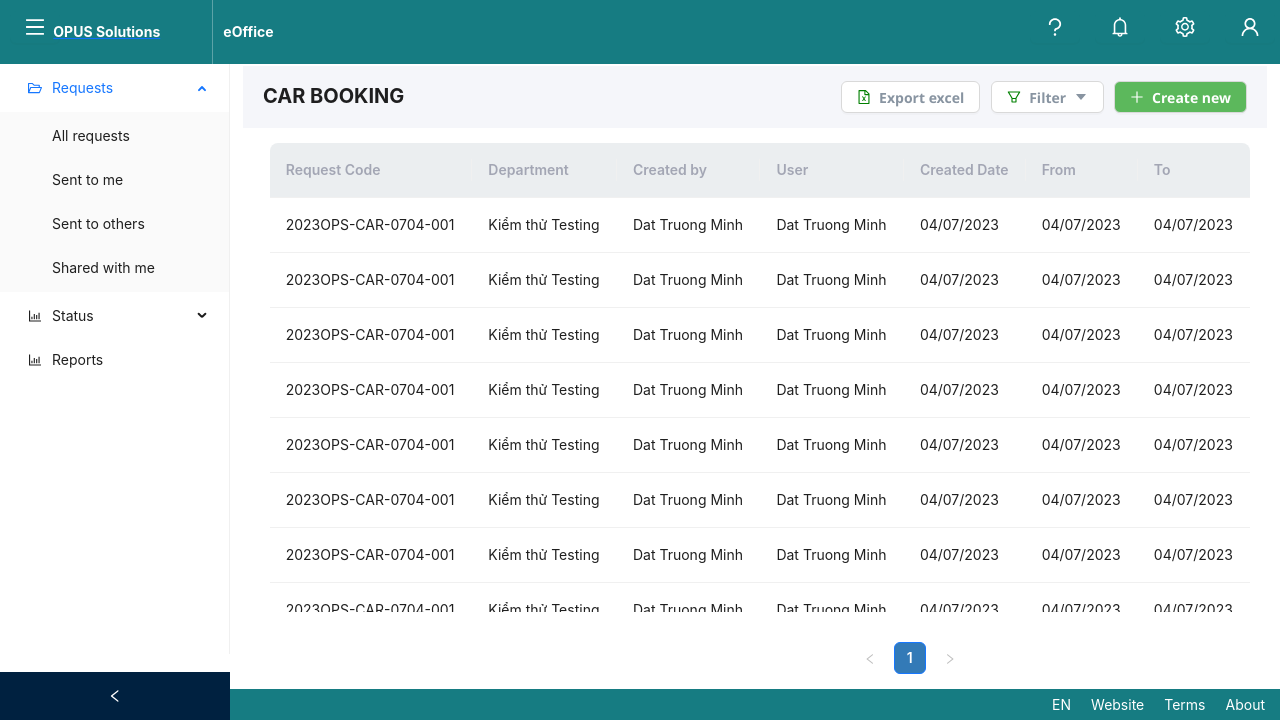
Repository: vannam272008/car-booking
Page: /request/carbooking
An editor plug-in stored every save of this project. The page is shown before and after the next save, followed by the edit.
The browser window is 1280 px wide. The pictures show the whole page.
The project was rebuilt for these pictures with package versions that can differ from the ones it lists, and the page was loaded fresh each time. Also part of the build but not shown: src/Components/DetailRequest/Comments/comment.css, src/Components/DetailRequest/Comments/comment.tsx, src/Components/DetailRequest/Menu/menu.css, src/Components/DetailRequest/Menu/menu.tsx, src/Components/AppSider/AppSider.css, src/Components/DetailRequest/DetailRequest/detailRequest.tsx, src/Components/AddRequest/MenuAdd/menuAdd.tsx, src/Components/AddRequest/SendApprover/sendApprover.css and 3 more. Imported but missing from the stored project, and not drawn on this page: src/Pages/Home.

Above is the page before, as saved 2023-07-10 16:25:24.

### src/index.tsx
import React from 'react';
import ReactDOM from 'react-dom/client';
import './index.css';
import App from './App';
import reportWebVitals from './reportWebVitals';
import { BrowserRouter } from 'react-router-dom';
import { Provider } from 'react-redux';
import { configureStore } from '@reduxjs/toolkit';
import requestReducer from './Reducers/requestReducer';
import { store } from './Store/store';


const root = ReactDOM.createRoot(
  document.getElementById('root') as HTMLElement
);
root.render(
  <Provider store={store}>
    <React.StrictMode>
      <BrowserRouter>
        <App />
      </BrowserRouter>
    </React.StrictMode>
  </Provider>
);

// If you want to start measuring performance in your app, pass a function
// to log results (for example: reportWebVitals(console.log))
// or send to an analytics endpoint. Learn more: https://bit.ly/CRA-vitals
reportWebVitals();

### src/App.tsx
import { Route, Routes } from 'react-router-dom';
import './App.css';
import Home from './Pages/Home';
import DetailRequest from './Components/DetailRequest/DetailRequest/detailRequest';
import ManageRequest from './Pages/ManageRequest/ManageRequest';
import AddRequest from './Components/AddRequest/AddRequest/addRequest';


function App() {
  return (
    <Routes>
      <Route path="/" element={<Home />} />
      <Route path="/request/carbooking" element={<ManageRequest />} />
      <Route path="/request/detail" element={<DetailRequest />} />
      <Route path='/request/addrequest' element={<AddRequest />} />
      {/* <Route path="/employee/create" element={<AddEmployee />} />
        <Route path="/department/create" element={<AddDepartment />} /> */}
    </Routes>
  );
}

export default App;

### src/Store/store.ts
import requestReducer from "../Reducers/requestReducer";
import { configureStore, createStore } from "@reduxjs/toolkit";


// export const store = configureStore({
//     reduder: {
//         request: requestReducer
//     }
// });

export const store = createStore(requestReducer);

### src/Pages/ManageRequest/ManageRequest.tsx
import React from 'react'
import "./index.css";
import { Button } from 'antd';
import { Table } from 'antd';
import type { ColumnsType } from 'antd/es/table';
import { CaretDownOutlined, FileExcelOutlined, FilterOutlined, PlusOutlined } from '@ant-design/icons';
import { Form, Input, DatePicker, Select, Dropdown } from 'antd';
import RequestLayout from '../../Components/RequestLayout';

interface DataType {
  key: string;
  requestCode: string;
  department: string;
  createdBy: string;
  user: string;
  createdDate: string;
  from: string;
  to: string;
}

const columns: ColumnsType<DataType> = [
  {
    title: 'Request Code',
    dataIndex: 'requestCode',
    key: 'requestCode',
  },
  {
    title: 'Department',
    dataIndex: 'department',
    key: 'department',
  },
  {
    title: 'Created by',
    dataIndex: 'createdBy',
    key: 'createdBy',
  },
  {
    title: 'User',
    dataIndex: 'user',
    key: 'user',
  },
  {
    title: 'Created Date',
    dataIndex: 'createdDate',
    key: 'createdDate',
  },
  {
    title: 'From',
    dataIndex: 'from',
    key: 'from',
  },
  {
    title: 'To',
    dataIndex: 'to',
    key: 'to',
  },
];

const data: DataType[] = [
  {
    key: '1',
    requestCode: '2023OPS-CAR-0704-001',
    department: 'Kiểm thử Testing',
    createdBy: 'Dat Truong Minh',
    user: 'Dat Truong Minh',
    createdDate: '04/07/2023',
    from: '04/07/2023',
    to: '04/07/2023',
  },
  {
    key: '2',
    requestCode: '2023OPS-CAR-0704-001',
    department: 'Kiểm thử Testing',
    createdBy: 'Dat Truong Minh',
    user: 'Dat Truong Minh',
    createdDate: '04/07/2023',
    from: '04/07/2023',
    to: '04/07/2023',
  },
  {
    key: '3',
    requestCode: '2023OPS-CAR-0704-001',
    department: 'Kiểm thử Testing',
    createdBy: 'Dat Truong Minh',
    user: 'Dat Truong Minh',
    createdDate: '04/07/2023',
    from: '04/07/2023',
    to: '04/07/2023',
  },
  {
    key: '4',
    requestCode: '2023OPS-CAR-0704-001',
    department: 'Kiểm thử Testing',
    createdBy: 'Dat Truong Minh',
    user: 'Dat Truong Minh',
    createdDate: '04/07/2023',
    from: '04/07/2023',
    to: '04/07/2023',
  },
  {
    key: '5',
    requestCode: '2023OPS-CAR-0704-001',
    department: 'Kiểm thử Testing',
    createdBy: 'Dat Truong Minh',
    user: 'Dat Truong Minh',
    createdDate: '04/07/2023',
    from: '04/07/2023',
    to: '04/07/2023',
  },
  {
    key: '6',
    requestCode: '2023OPS-CAR-0704-001',
    department: 'Kiểm thử Testing',
    createdBy: 'Dat Truong Minh',
    user: 'Dat Truong Minh',
    createdDate: '04/07/2023',
    from: '04/07/2023',
    to: '04/07/2023',
  },
  {
    key: '7',
    requestCode: '2023OPS-CAR-0704-001',
    department: 'Kiểm thử Testing',
    createdBy: 'Dat Truong Minh',
    user: 'Dat Truong Minh',
    createdDate: '04/07/2023',
    from: '04/07/2023',
    to: '04/07/2023',
  },
  {
    key: '8',
    requestCode: '2023OPS-CAR-0704-001',
    department: 'Kiểm thử Testing',
    createdBy: 'Dat Truong Minh',
    user: 'Dat Truong Minh',
    createdDate: '04/07/2023',
    from: '04/07/2023',
    to: '04/07/2023',
  },
];

const FilterForm = () => {
  const [form] = Form.useForm();

  return (
    <Form form={form} className='filter-form' initialValues={{ createdBy: 'all-user', status: 'all-request' }}>
      <p style={{ fontWeight: 'bold', fontFamily: 'Segoe UI' }}>Filter</p>
      <Form.Item>
        <Button type="primary" htmlType="submit" style={{ color: 'white', backgroundColor: '#5cb85c', fontFamily: 'Segoe UI' }}>
          Apply
        </Button>
        <Button htmlType="button" style={{ color: '#5cb85c', border: 'none', marginLeft: '20px', fontFamily: 'Segoe UI' }} onClick={() => {
          form.setFieldsValue({ requestCode: undefined, created: undefined, createdBy: 'all-user', status: 'all-request' });
        }}>
          Clear
        </Button>
        <hr style={{ border: "1px solid gray" }} />
      </Form.Item>
      <Form.Item name="requestCode" label="Request Code" style={{ fontWeight: 'bold', fontFamily: 'Segoe UI' }}>
        <Input placeholder='Key words...' />
      </Form.Item>
      <Form.Item name="created" label="Created" style={{ fontWeight: 'bold', fontFamily: 'Segoe UI' }}>
        <DatePicker.RangePicker />
      </Form.Item>
      <Form.Item name="createdBy" label="Created by" style={{ fontWeight: 'bold', fontFamily: 'Segoe UI' }}>
        <Select>
          <Select.Option value="all-user" default>All</Select.Option>
          <Select.Option value="user1">Khai Tran</Select.Option>
          <Select.Option value="user2">Dat Truong Minh</Select.Option>
          <Select.Option value="user3">Bang Nguyen Minh</Select.Option>
          <Select.Option value="user4">Demo Nhan Vien</Select.Option>
        </Select>
      </Form.Item>
      <Form.Item name="status" label="Status" style={{ fontWeight: 'bold', fontFamily: 'Segoe UI' }}>
        <Select>
          <Select.Option value="all-request" default>All requests</Select.Option>
          <Select.Option value="status1">Draft</Select.Option>
          <Select.Option value="status2">Waiting for approval</Select.Option>
          <Select.Option value="status3">Approved</Select.Option>
          <Select.Option value="status4">Rejected</Select.Option>
          <Select.Option value="status4">Canceled</Select.Option>
          <Select.Option value="status4">Done</Select.Option>
        </Select>
      </Form.Item>
    </Form>
  );
};

const FilterDropdown = () => {

  return (
    <Dropdown overlay={<FilterForm />} trigger={['click']}>
      <Button style={{ marginRight: 5, marginLeft: 3, color: '#8894a1', fontFamily: 'Segoe UI', fontWeight: 600 }}>
        <FilterOutlined style={{ color: 'green' }} />
        Filter
        <CaretDownOutlined />
      </Button>
    </Dropdown>
  );
};

const ManageRequest: React.FC = () => {
  const profile = false;
  return (
    <RequestLayout profile={profile}>
      {() => (
        <div style={{ overflowX: 'hidden' }} className='request'>
          <div id='navbar'>
            <div className='title'>car booking</div>
            <div>
              <Button style={{ marginRight: 8, color: '#8894a1', fontFamily: 'Segoe UI', fontWeight: 600 }}><FileExcelOutlined style={{ color: 'green' }} />Export excel</Button>
              <FilterDropdown />
              <Button style={{ marginRight: 5, marginLeft: 5, backgroundColor: '#5cb85c', color: 'white', fontFamily: 'Segoe UI', fontWeight: 600 }}><PlusOutlined />Create new</Button>
            </div>
          </div>
          <div className='content'>
            <Table columns={columns} dataSource={data} pagination={{ position: ['bottomCenter'] }} />
          </div>
        </div>
      )}
    </RequestLayout>

  )
}

export default ManageRequest

### src/Reducers/requestReducer.ts
// interface RequestState {
//     requestList: string[]
// }

const initState = {
    requestList: [],
    success: true,
}

const requestReducer = (state = initState, action: { type: any; payload: any }) => {
    switch (action.type) {
        case 'SET_REQUEST_LIST':
            return {
                ...state,
                requestList: action.payload,
                success: false
            }
        default:
            return state
    }
}

export default requestReducer

### src/Components/RequestLayout/index.jsx
import React, { useState } from 'react';
import { LaptopOutlined, NotificationOutlined, UserOutlined } from '@ant-design/icons';
import { Layout, theme } from 'antd';
import AppHeader from '../../Components/AppHeader';
import AppSider from '../../Components/AppSider';
import AppFooter from '../../Components/AppFooter';

import "./RequestLayout.scss";

const { Content } = Layout;

const RequestLayout = ({ profile, children }) => {
    const {
        token: { colorBgContainer },
    } = theme.useToken();

    return (
        <div className='manage-request'>
            <AppHeader />
            <Content>
                <Layout style={{ padding: '24px 0', backgroundColor: colorBgContainer }}>
                    <AppSider profile={profile} />
                    <Layout style={{ padding: '24px 0px',backgroundColor: colorBgContainer}}>
                        <Content style={{ padding: '0 24px', minHeight: 280 }}>
                            {children()}
                        </Content>
                    </Layout>
                </Layout>
            </Content>
            <AppFooter />
        </div>


    );
};

export default RequestLayout;

### src/Components/DetailRequest/DetailRequest/detailRequest.css
*{
    box-sizing: border-box;
  }
  .required {
    color: red;
  }
  .page-detail-request{
    min-height: calc(100vh - 83px);
    transition: all 0.3s;
    background-color: #ffffff;
    font-family: "Helvetica Neue",Helvetica,Arial,sans-serif;
    font-size: 14px;
    line-height: 1.42857143;
    color: #333;
    background-color: #fff;
  }

  .info-detail-request{
    margin-top: 85px;
    margin-right: -20px;
    padding-right: 15px;
  }

  .info-basic-detail-request p{
    width: 100%;
    font-weight: 700;
  }

  .title-detail-request{
    color: #434343;
    text-align: center;
    font-size: 30px;
    margin-top: 20px;
    margin-bottom: 20px;
    font-family: inherit;
    font-weight: 500;
    line-height: 1.1;
    font-weight: 700;
  }

  .content-detail-request{
    font-family: "Segoe UI";
    font-size: 14px;
    line-height: 1.42857143;
  }

  .col-detail-request{
    margin-bottom: 15px;
    position: relative;
    min-height: 1px;
    padding-right: 15px;
    padding-left: 15px;
  }

  .col-detail-request label{
    display: inline-block;
    max-width: 100%;
    margin-bottom: 5px;
    font-weight: 700;
    cursor: default;
    font-family: "Segoe UI";
  }
  .attention-detail-request{
    margin-top: 30px;
    margin-bottom: 30px;
    font-family: "Segoe UI";
  }

  .attention-detail-request  p{
    font-size: 1.1em;
    font-weight: 300;
    line-height: 1.7em;
    color: #130e0e;
  }

  .list-approvers p{
    font-size: 1.1em;
    font-weight: 300;
    line-height: 1.7em;
    color: #130e0e;
    margin: 0 0 10px;
  }

  .approver{
    margin-bottom: 15px;
    position: relative;
    min-height: 1px;
    padding-right: 15px;
    padding-left: 15px;
  }

  .approver  label{
    display: inline-block;
    max-width: 100%;
    margin-bottom: 5px;
    font-weight: 700;
    cursor: default;
  }

### src/Pages/ManageRequest/index.css
.request {
  display: flex;
  justify-content: center;
  text-align: center;
}

#navbar {
  background-color: #f5f6fa;
  display: flex;
  justify-content: space-between;
  padding: 15px 15px;
  position: fixed;
  z-index: 2;
  width: 80%;
  margin-top: 18px;
}

.title {
  text-transform: uppercase;
  font-weight: bold;
  font-size: 20px;
  padding: 0 0 0 5px;
}

.content .ant-table {
  margin-top: 95px;
  width: 101%;
}

.content .ant-table-thead .ant-table-cell {
  background-color: #ebeef0;
  color: #a3a6b4;
}

.content .ant-table-tbody > tr:hover {
  background-color: #f4f0f0;
  cursor: pointer;
}

.content {
  position: relative;
}

.ant-pagination {
  position: fixed;
  bottom: 0;
  background-color: white;
  padding: 30px;
  width: 100%;
}

.ant-pagination .ant-pagination-item-active {
  background-color: #337ab7;
  color: white;
}

.filter-form {
  padding: 16px;
  background-color: white;
  box-shadow: 0 6px 12px rgba(0, 0, 0, 0.175);
}

.filter-form .ant-form-item {
  margin-bottom: 8px;
}

.filter-form .ant-form-item-control-input {
  display: flex;
}

.filter-form .ant-form-item-control-input .ant-form-item-children-icon {
  margin-left: auto;
}

### src/Components/AppSider/index.tsx
import React, { useState } from 'react';
import type { MenuProps } from 'antd';
import { Layout, Menu, theme, Space } from 'antd';
import { Input } from 'antd';

import { FolderOpenOutlined, BarChartOutlined, SearchOutlined, SettingOutlined } from '@ant-design/icons';
import "./AppSider.scss";
import "./AppSider.css";



const { Sider } = Layout;

type MenuItem = Required<MenuProps>['items'][number];

function getItem(
    label: React.ReactNode,
    key: React.Key,
    icon?: React.ReactNode,
    children?: MenuItem[],
    type?: 'group',
): MenuItem {
    return {
        key,
        icon,
        children,
        label,
        type,
    } as MenuItem;
}



const AppSider = (props: any) => {

    const items: MenuProps['items'] = [
        getItem('Requests', 'requests', <FolderOpenOutlined />, [
            getItem('All requests', 'all-request'),
            getItem('Sent to me', 'sent-to-me'),
            getItem('Sent to others', 'sent-to-others'),
            getItem('Shared with me', 'shared-with-me'),
        ]),

        getItem('Status', 'status', <BarChartOutlined />, [
            getItem('Draft', 'draft'),
            getItem('Approving', 'approving'),
            getItem('Approved', 'approved'),
            getItem('Rejected', 'rejected'),
        ]),

        getItem('Reports', 'reports', <BarChartOutlined />),

    ];

    const profileItems: MenuProps['items'] = [

        getItem('Setting', 'setting', <SettingOutlined />),

    ];

    const [openItem, setOpenItem] = useState('requests');

    const handleClick: MenuProps['onClick'] = (e) => {
        console.log('click ', e);
    };
    const [collapsed, setCollapsed] = useState(false);
    const {
        token: { colorBgContainer },
    } = theme.useToken();
    return (
        <Sider collapsible collapsed={collapsed} onCollapse={(value) => setCollapsed(value)} style={{ background: colorBgContainer }} width={230}>
            <Space.Compact size="large">
                <Input addonBefore={<SearchOutlined />} placeholder="..." />
            </Space.Compact>
            <Menu
                className='menu-sider-layout'
                mode="inline"
                defaultSelectedKeys={[openItem]}
                defaultOpenKeys={['requests']}
                openKeys={[openItem]}
                style={{ height: '100%' }}
                items={props.profile ? profileItems : items}
                onClick={handleClick}
                onOpenChange={(openKey) => {
                    setOpenItem(openKey[1])
                }}
            />
        </Sider>


    )
}

export default AppSider;

### src/Components/AppFooter/index.tsx
import { Layout } from 'antd';
import "./AppFooter.scss";

const { Footer } = Layout

const AppFooter = () => {
    return (
        <Footer className='mcs-footer'>
            <div>
                <span className='footer-left'><b>Tasken @ Opus Solution</b></span>
                <div className='footer-right'>
                    <span>EN</span>
                    <span>Website</span>
                    <span>Terms</span>
                    <span>About</span>
                </div>
            </div>

        </Footer>)
}

export default AppFooter;

### src/Components/AppHeader/AppHeader.scss
.mcs-header {
    position: fixed;
    z-index: 1001;
    align-items: center;
    background-color: #167c82;
    width: 100%;
    padding-inline: 0;

    & .row-header {
        align-items: center;

        & .btn-menu {
            border: none;
            background-color: #167c82;
            color: white;
            font-size: 20px;
            margin-left: 10px;
        }
    }

    & .col-logo {
        width: 100%;
        border-right: 1px solid rgba(255, 255, 255, 0.3);


        & p {
            width: 100%;
            color: white;
            display: contents;
        }
    }

    & .col-label {
        padding-left: 10px;
        width: 100%;


        & p {
            width: 100%;
            color: white;
            display: contents;
        }
    }

    & .col-function {
        & .group-btn {
            float: right;

            & .btn-item {
                font-size: 20px;
                margin-left: 5px;
                margin-right: 5px;
                border: none;
                background-color: #167c82;
                color: white;

                margin-left: 10px;
            }

        }
    }







}

.ant-dropdown {

    & .dropdown-help {
        display: block;
        right: 0;
        top: 50px;
        width: 320px;
        height: calc(100vh - 84px);
        background-color: #fff;
        border: 1px solid #c8c8c8;

        & .title-dropdown {
            border-bottom: 1px solid #ddd;
            padding-bottom: 5px;
            padding-top: 5px;

            & span {
                margin-left: 10px;
                font-size: 25px;
            }

            & .btn-close {
                font-size: 20px;
                margin-left: 5px;
                margin-right: 5px;
                border: none;
                background-color: white;
                color: black;
                float: right;
            }
        }

        & .content-dropdown {
            display: block;
            margin-top: 10px;




            & .account-info {
                & img {
                    margin-left: 10px;
                    float: left;
                    width: 64px;
                    height: 64px;
                }

                & .info-name {
                    margin-left: 10px;
                    float: left;
                    font-size: 20px;
                }

                & .info-email {
                    margin-left: 10px;
                    font-style: italic;
                }
            }

            .content-info {
                border-top: 1px solid #ddd;
                margin-top: 20px;

                & span {
                    font-size: 20px;
                    margin-left: 10px;
                }

                & p {
                    color: #4BA747;
                    margin-left: 25px;
                }
            }

            & span {
                font-size: 20px;
                margin-left: 10px;
            }

            & p {
                color: #4BA747;
                margin-left: 25px;
            }


        }




    }
}

// .logo {
//     width: 200px;
//     height: 100px;
// }

// .header {
//     background-color: #fff;
//     height: 100px;
//     line-height: 100px;
//     padding: 0;
// }

// .header-name {
//     font-family: 'Segoe UI';
//     font-size: 16px;
//     font-weight: 700;
//     color: #0273bb;
// }

// .header-homepage {
//     font-family: 'Segoe UI';
//     font-size: 16px;
//     font-weight: 700;
//     color: #0273bb;
//     float: right;
//     padding-right: 50px;
//     position: relative;
//     top: -100px;
// }

// .logo-name {
//     display: flex;
// }


/* Extra small devices (phones, 600px and down) */
@media only screen and (max-width: 600px) {
    .header-homepage {
        display: none;
    }

    .header-name {
        font-size: 10px;
    }
}

/* Small devices (portrait tablets and large phones, 600px and up) */
@media only screen and (min-width: 600px) {}

/* Medium devices (landscape tablets, 768px and up) */
@media only screen and (min-width: 768px) {}

/* Large devices (laptops/desktops, 992px and up) */
@media only screen and (min-width: 992px) {}

/* Extra large devices (large laptops and desktops, 1200px and up) */
@media only screen and (min-width: 1240px) {}

### src/Components/AppFooter/AppFooter.scss
.mcs-footer {
    background-color: #167c82;
    color: #fff;
    position: fixed;
    width: 100%;
    bottom: 0;
    padding: 5px;

    & .footer-left {
        float: left;
    }

    & .footer-right {
        float: right;

        & span {
            padding-left: 10px;
            padding-right: 10px;
        }
    }
}

### src/Components/AppSider/AppSider.scss
// .ant-layout {
//         & li {
//                 padding-left: 5px;
//         }

//         & .ant-layout-sider {
//                 position: sticky;
//                 left: 0;
//                 margin-top: 50px;



//         }

//         & .ant-layout-sider-children {}

//         & .ant-layout-sider-trigger {
//                 margin-bottom: 29px;
//         }
// }

Loaded but not shown: public/index.html (common file); src/index.css (common file); src/reportWebVitals.ts (common file); src/App.css (common file); src/Components/AppHeader/index.tsx (200 lines, source omitted); src/Components/AddRequest/MenuAdd/menuAdd.css (no stored copy; drawn as an empty file); src/Components/RequestLayout/RequestLayout.scss (no stored copy; drawn as an empty file)

After the next save:
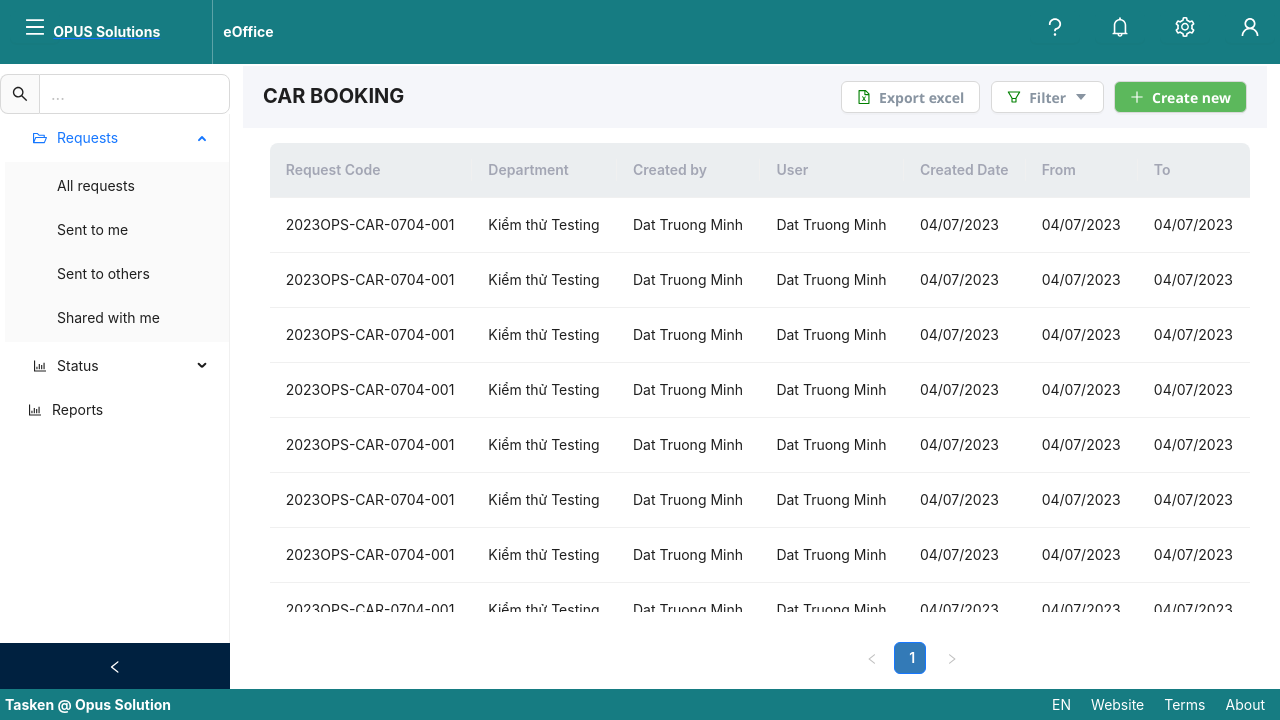
Saved 27 s later.
--- a/src/Components/AppSider/AppSider.scss
+++ b/src/Components/AppSider/AppSider.scss
@@ -1,20 +1,20 @@
-// .ant-layout {
-//         & li {
-//                 padding-left: 5px;
-//         }
+.ant-layout {
+        & li {
+                padding-left: 5px;
+        }
 
-//         & .ant-layout-sider {
-//                 position: sticky;
-//                 left: 0;
-//                 margin-top: 50px;
+        & .ant-layout-sider {
+                position: sticky;
+                left: 0;
+                margin-top: 50px;
 
 
 
-//         }
+        }
 
-//         & .ant-layout-sider-children {}
+        & .ant-layout-sider-children {}
 
-//         & .ant-layout-sider-trigger {
-//                 margin-bottom: 29px;
-//         }
-// }
+        & .ant-layout-sider-trigger {
+                margin-bottom: 29px;
+        }
+}
